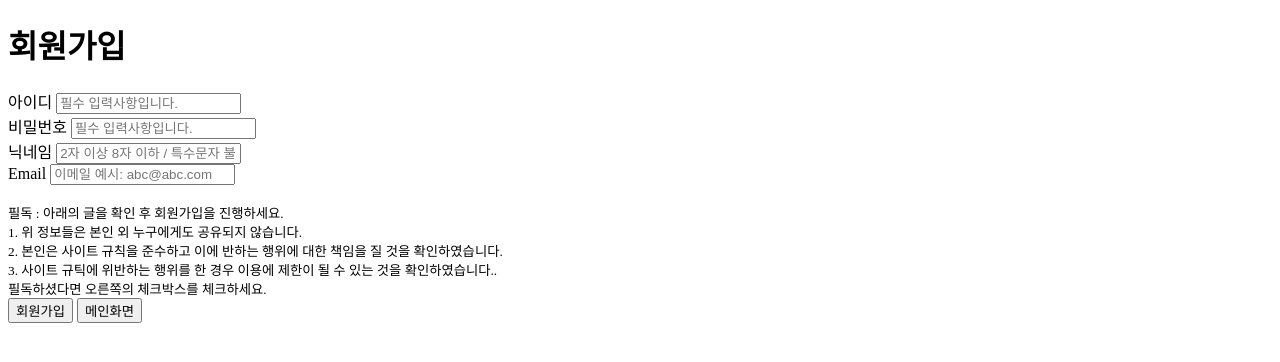
Repository: Gansaw/Airport_Portal
Page: http://localhost/signup
The author's editor kept a copy of each file at every save. The page is drawn from the files as they stood at one save, then again after the next save.
The browser window is 1280 px wide. The pictures show the whole page.
The page is this project's Thymeleaf template; nobody is signed in. The template is opened directly, without the code that normally fills it, so the values that code supplies are empty.

Above is the page before, as saved 2023-07-27 07:03:48.

After the next save:
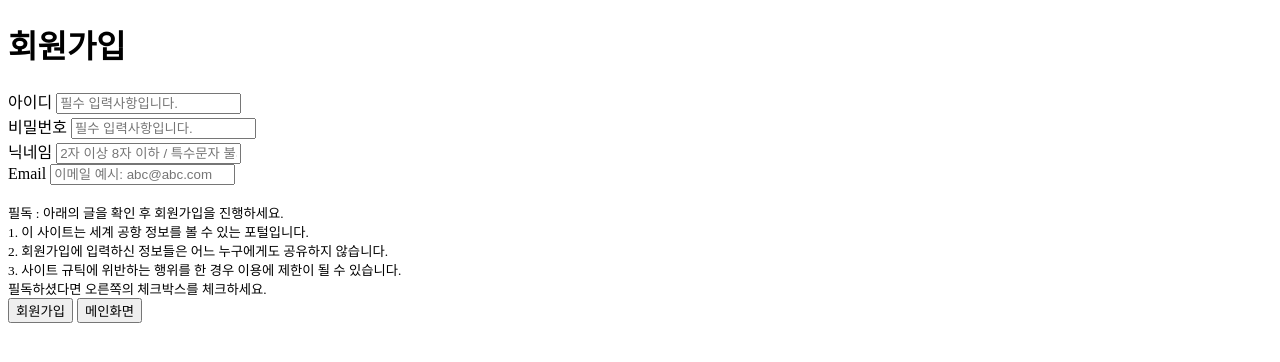
Saved 112 s later.
--- a/WebServiceDevelop/WebProject/src/main/resources/templates/signup.html
+++ b/WebServiceDevelop/WebProject/src/main/resources/templates/signup.html
@@ -27,9 +27,9 @@
 			<input type="email" id="email" name="email" placeholder="이메일 예시: abc@abc.com" required> <br/> <br/>
 
 			<small>필독 : 아래의 글을 확인 후 회원가입을 진행하세요.</small><br/>
-			<small>1. 위 정보들은 본인 외 누구에게도 공유되지 않습니다.</small><br/>
-			<small>2. 본인은 사이트 규칙을 준수하고 이에 반하는 행위에 대한 책임을 질 것을 확인하였습니다.</small><br/>
-			<small>3. 사이트 규틱에 위반하는 행위를 한 경우 이용에 제한이 될 수 있는 것을 확인하였습니다..</small><br/>
+			<small>1. 이 사이트는 세계 공항 정보를 볼 수 있는 포털입니다.</small><br/>
+			<small>2. 회원가입에 입력하신 정보들은 어느 누구에게도 공유하지 않습니다.</small><br/>
+			<small>3. 사이트 규틱에 위반하는 행위를 한 경우 이용에 제한이 될 수 있습니다.</small><br/>
 			<small>필독하셨다면 오른쪽의 체크박스를 체크하세요.</small><br/>
 
 			<button type="submit">회원가입</button>
